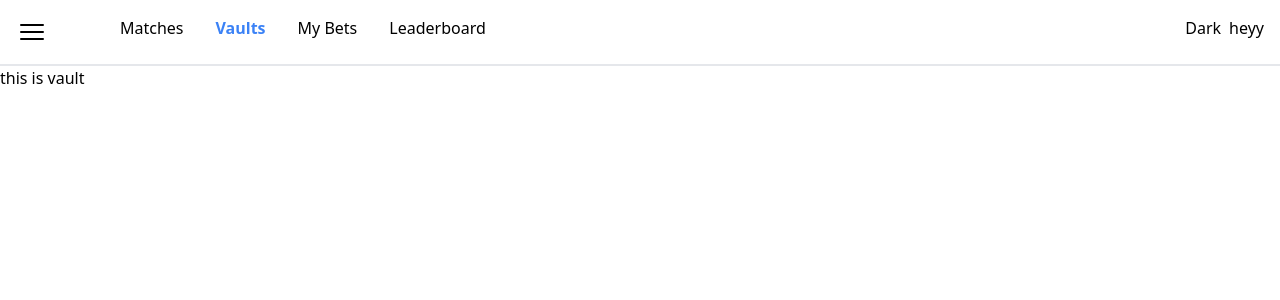
Repository: thekingisherenow/Betterbook
Page: /vaults
An editor plug-in stored every save of this project. The page is shown before and after the next save, followed by the edit.
The browser window is 1280 px wide. The pictures show the whole page.
The project was rebuilt for these pictures with package versions that can differ from the ones it lists, and the page was loaded fresh each time. The framework's server and built-in components were replaced by stand-ins that run in the browser. Also part of the build but not shown: next.config.js.

Above is the page before, as saved 2023-01-17 00:12:05.

### src/pages/_app.tsx
import type { AppProps } from 'next/app'
import { Provider } from 'react-redux'
import store from '../core/store'
import '../core/styles/root.css'

const App = (props: AppProps) => {
  const { Component, pageProps } = props
  return (
    <Provider store={store}>
      <Component {...pageProps} />
    </Provider>
  )
}

export default App

### src/pages/vaults.tsx
import React from 'react'
import Header from '../components/Typography/Header'

function vaults() {
  return (
    <div>
        <Header />
      this is vault
    </div>
  )
}

export default vaults

### src/core/store/index.ts
import { configureStore } from '@reduxjs/toolkit'
import { counterReducer } from './slices/counterSlice'

const store = configureStore({
  reducer: {
    counter: counterReducer,
  },
})

export default store

### src/components/Typography/Header.tsx
import { Bars3Icon } from '@heroicons/react/24/solid'
import React from 'react'
import NavLinks from './NavLinks'

function Header() {
  return (
    <header >
      <div className='p-4 flex text-center   border-b-2 '>

        <Bars3Icon className='h-8 w-8  cursor-pointer'/>
        <div className='ml-10'>

          {/* Nav Links */}
          <div className='ml-4 items-center'>

        <NavLinks  />
          </div>

        </div>
        <div className='flex space-x-2 justify-end ml-auto '>
          <div className=''>
            Dark
            </div>
            <div>
              heyy
              </div>
        </div>
      </div>
    </header>
  )
}

export default Header

### src/core/store/slices/counterSlice.ts
import { createSlice } from '@reduxjs/toolkit'

export const counterSlice = createSlice({
  name: 'counter',
  initialState: {
    count: 0,
  },
  reducers: {
    setCount(state, { payload }) {
      state.count = payload
    },
  },
})

export const counterReducer = counterSlice.reducer

### src/components/Typography/NavLinks.tsx
import React, { useEffect } from 'react'
import { categories } from './constants'
import NavLink from './NavLink'
import { useRouter } from 'next/router'

function NavLinks() {
  const router = useRouter();

  //const isActive is true if the pathname in the url matches the current navlink.
  const isActive = (path:string)=>{
    return router.pathname===path
  }

  return (
    <nav>
      {categories.map((category)=>(
        <NavLink key={category.label} category={category.label} path={category.path} isActive={isActive(category.path)} />
      ))}
    </nav>
  )
}

export default NavLinks

### src/components/Typography/constants.ts
import { Category } from "../../types/category"

export const categories : Category[] =[
    {label:"Matches",path:"/"},
    {label:"Vaults",path:"/vaults"},
    {label:"My Bets",path:"/mybets"},
    {label:"Leaderboard",path:"/leaderboard"},
]

### src/components/Typography/NavLink.tsx
import Link from 'next/link';
import React from 'react'


type Props = {
    category: string;
    path:string;
    isActive: boolean;

}

function NavLink({category,path,isActive}:Props) {
  return (
    <Link href={`${path}`}
        className={`cursor-pointer p-4  hover:font-bold hover:scale-110 transition-transform duration-200 ease-out
         ${isActive && 'text-blue-500 font-bold '}`}
    >
      {category}
    </Link>
  )
}

export default NavLink

### tailwind.config.js
/** @type {import('tailwindcss').Config} */
module.exports = {
  content: [
    './src/pages/**/*.{js,ts,jsx,tsx}',
    './src/components/**/*.{js,ts,jsx,tsx}',
    './src/modules/**/*.{js,ts,jsx,tsx}',
  ],
  theme: {
    extend: {},
  },
  plugins: [],
}

Loaded but not shown: src/core/styles/root.css (common file)

After the next save:
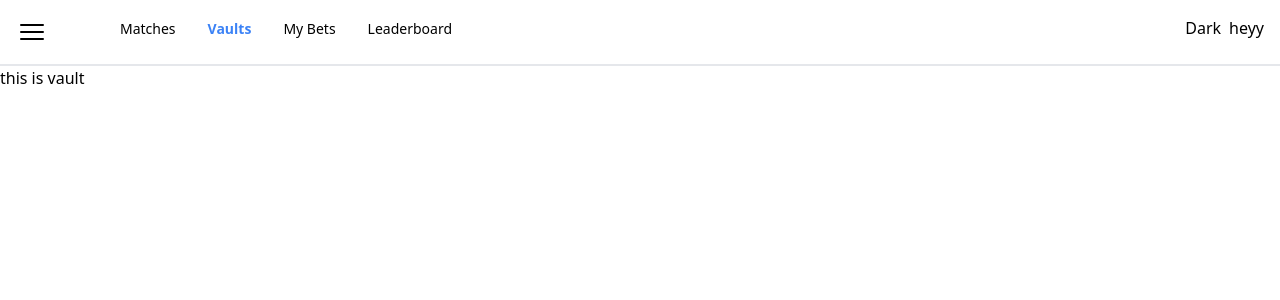
Saved 13 s later.
--- a/src/components/Typography/NavLink.tsx
+++ b/src/components/Typography/NavLink.tsx
@@ -12,7 +12,7 @@ type Props = {
 function NavLink({category,path,isActive}:Props) {
   return (
     <Link href={`${path}`}
-        className={`cursor-pointer p-4  hover:font-bold hover:scale-110 transition-transform duration-200 ease-out
+        className={`cursor-pointer p-4 text-sm hover:font-bold hover:scale-110 transition-transform duration-200 ease-out
          ${isActive && 'text-blue-500 font-bold '}`}
     >
       {category}
